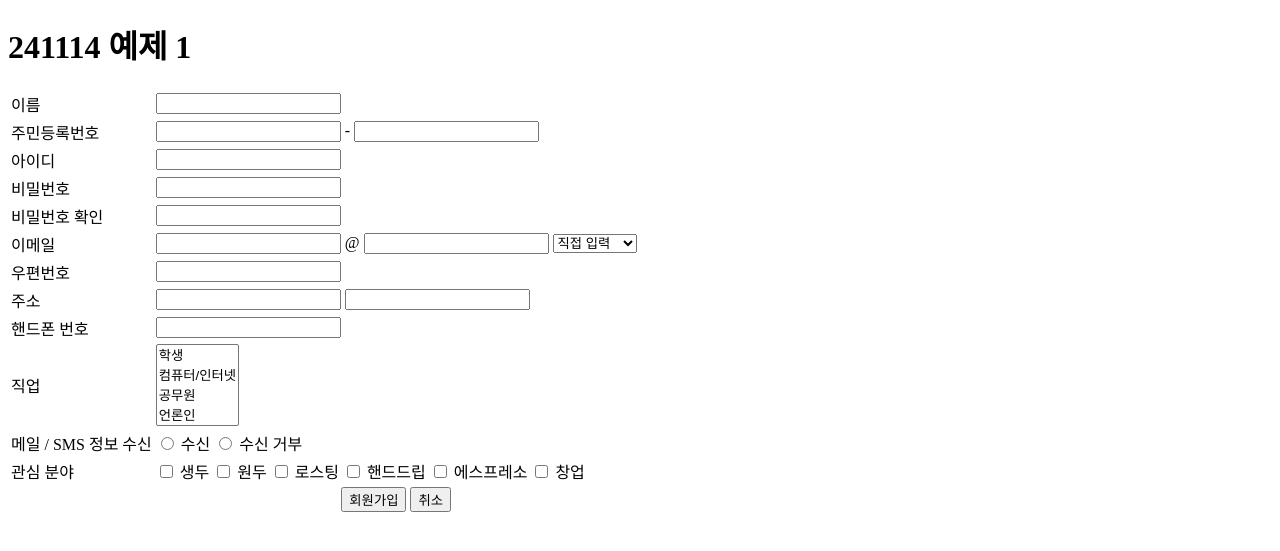
Repository: jsunnypi/JSP
Page: http://localhost/Test/inputForm.jsp
These files come from the project's save history. The page is drawn as it stood at one moment and after the next save; the edit follows.
The browser window is 1280 px wide. The pictures show the whole page.
The page is served by Tomcat 9.

Above is the page before, as saved 2024-11-14 05:12:20.

After the next save:
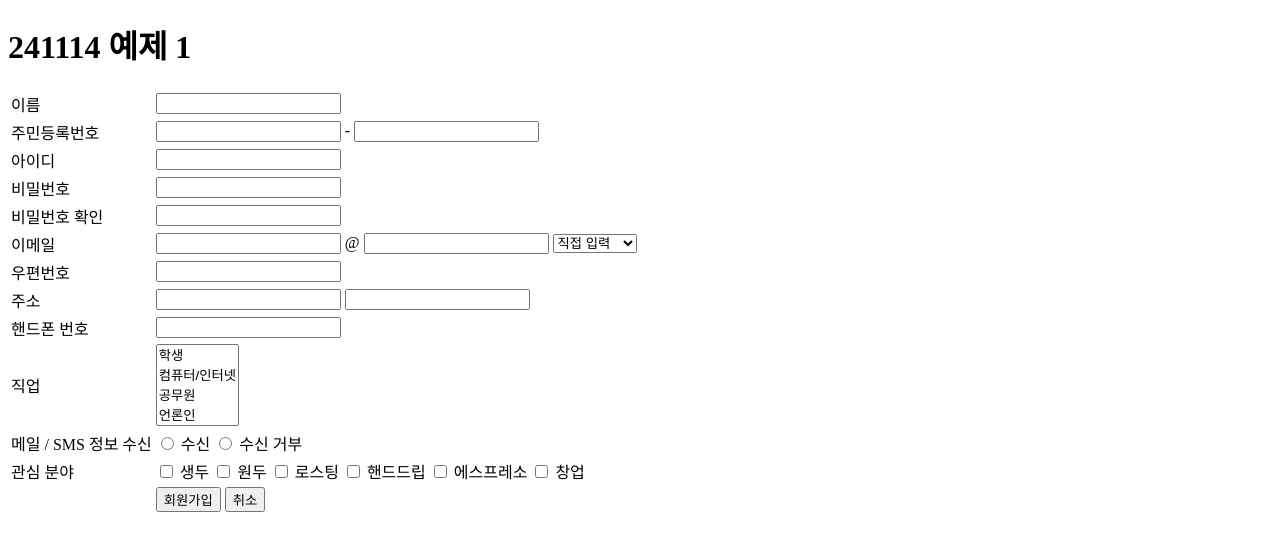
Saved 13 s later.
--- a/Test/src/main/webapp/inputForm.jsp
+++ b/Test/src/main/webapp/inputForm.jsp
@@ -122,7 +122,8 @@
 
 			<tr>
 				<td></td>
-				<td align="center">
+				<td>
+				<!-- <td align="center"> -->
 					<input type="submit" value="회원가입" >
 
 					<input type="reset" value="취소">

After the save that followed:
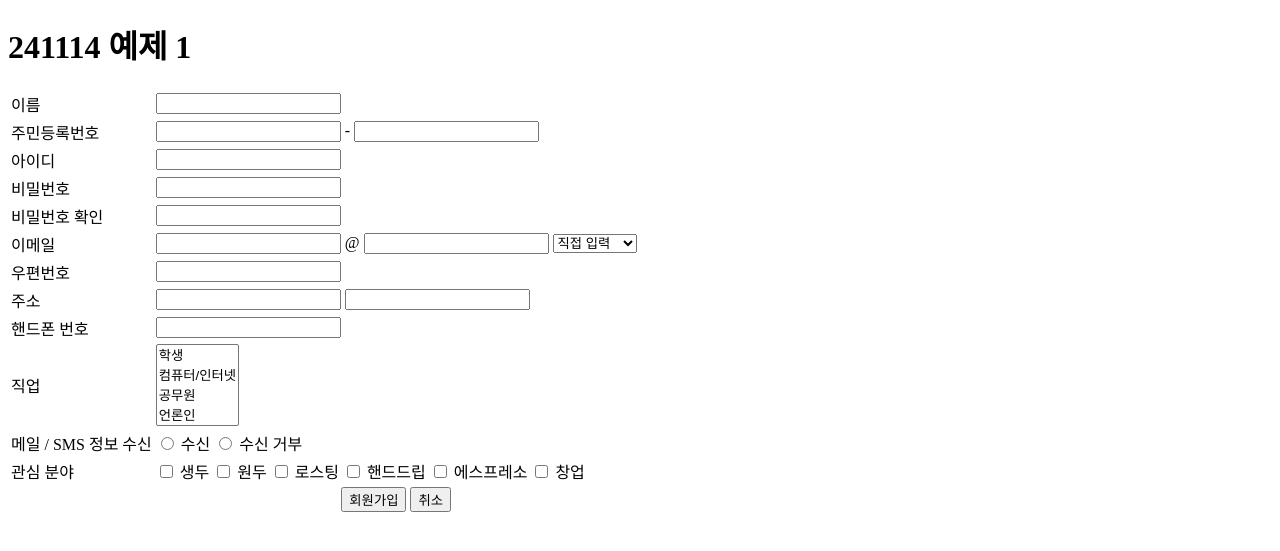
Saved 9 s later.
--- a/Test/src/main/webapp/inputForm.jsp
+++ b/Test/src/main/webapp/inputForm.jsp
@@ -122,8 +122,7 @@
 
 			<tr>
 				<td></td>
-				<td>
-				<!-- <td align="center"> -->
+				<td align="center">
 					<input type="submit" value="회원가입" >
 
 					<input type="reset" value="취소">
